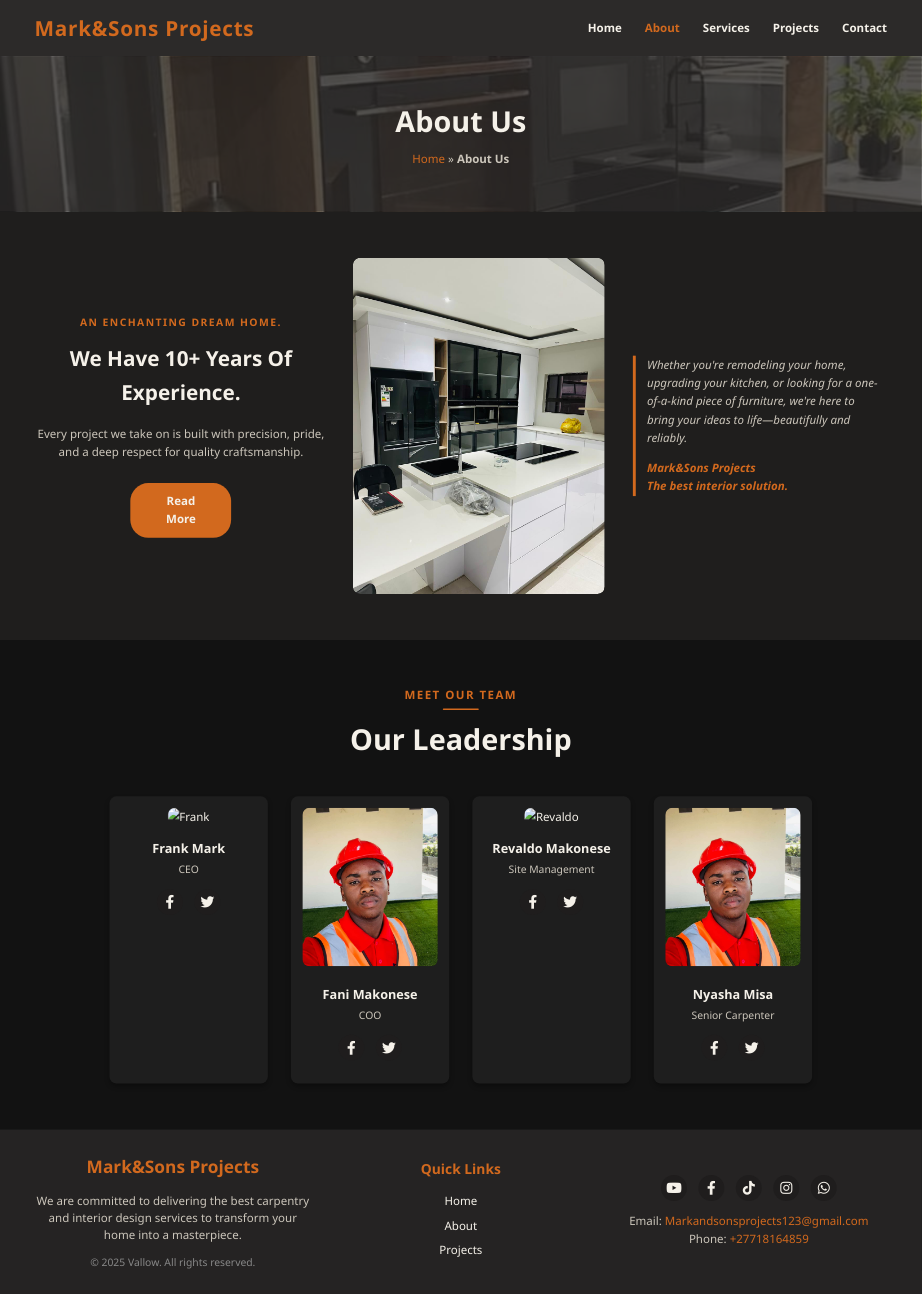
Repository: VallowEvido/Mark-SonsProjects
Page: about.html
The author's editor kept a copy of each file at every save. The page is drawn from the files as they stood at one save, then again after the next save.
The browser window is 1280 px wide. The pictures show the whole page, at 72% of full size.

Above is the page before, as saved 2025-07-24 15:57:57.

### about.html
<!DOCTYPE html>
<html lang="en">
<head>
  <meta charset="UTF-8" />
  <meta name="viewport" content="width=device-width, initial-scale=1" />
  <title>About Us - Carpentry</title>
  <link rel="stylesheet" href="styles.css" />
  <link rel="stylesheet" href="https://cdnjs.cloudflare.com/ajax/libs/font-awesome/6.4.0/css/all.min.css" />
  <style>
    /* Slider styles */
    .slider {
      position: relative;
      width: 100%;
      max-width: 350px;
      overflow: hidden;
      border-radius: 10px;
    }
    .slides {
      display: flex;
      transition: transform 0.5s ease-in-out;
      touch-action: pan-y;
    }
    .slides img {
      width: 100%;
      flex-shrink: 0;
      border-radius: 10px;
      user-select: none;
      pointer-events: none;
    }
  </style>
</head>
<body>
  <nav>
    <div class="logo">Mark&Sons Projects</div>
    <ul>
      <li><a href="home.html">Home</a></li>
      <li><a href="#" class="active">About</a></li>
      <li><a href="services.html">Services</a></li>
      <li><a href="projects.html">Projects</a></li>
      <li><a href="contact.html">Contact</a></li>
    </ul>
  </nav>

  <section class="about-hero">
    <div class="about-hero-content">
      <h1>About Us</h1>
      <p><a href="home.html">Home</a> &raquo; <strong>About Us</strong></p>
    </div>
  </section>

  <section class="about-main">
    <div class="about-text">
      <h5>AN ENCHANTING DREAM HOME.</h5>
      <h2>We Have 10+ Years Of Experience.</h2>
      <p> Every project we take on is built with precision, pride, and a deep respect for quality craftsmanship.</p>
      <a href="#" class="btn btn-pink">Read More</a>
    </div>
    <div class="about-image">
      <div class="slider" id="imageSlider">
        <div class="slides">
          <img src="images/kitchen/IMG-20241116-WA0015.jpg" alt="About Us Image 1" />
          <img src="images/kitchen/IMG-20241116-WA0012.jpg" alt="About Us Image 2" />
          <img src="images/tvstand/IMG-20250702-WA0001.jpg" alt="About Us Image 3" />
          <img src="images/wardrobe/wed2.jpg" alt="About Us Image 4" />
        </div>
      </div>
    </div>
    <div class="about-quote">
      <blockquote>
        <p><em>Whether you're remodeling your home, upgrading your kitchen, or looking for a one-of-a-kind piece of furniture, we're here to bring your ideas to life—beautifully and reliably.</em></p>
        <footer><strong>Mark&Sons Projects</strong><br /><em>The best interior solution.</em></footer>
      </blockquote>
    </div>
  </section>

  <section class="leadership-section">
    <div class="container">
      <p class="section-subtitle">MEET OUR TEAM</p>
      <h2 class="section-title">Our Leadership</h2>
      <div class="leadership-cards">
        <div class="leadership-card">
          <img src="" alt="Frank" />
          <h3>Frank Mark</h3>
          <p>CEO</p>
          <div class="social-icons">
            <a href="#" class="facebook"><i class="fab fa-facebook-f"></i></a>
            <a href="#" class="twitter"><i class="fab fa-twitter"></i></a>
          </div>
        </div>
        <div class="leadership-card">
          <img src="teammembers/fan.jpg" alt="Fani" />
          <h3>Fani Makonese</h3>
          <p>COO</p>
          <div class="social-icons">
            <a href="#" class="facebook"><i class="fab fa-facebook-f"></i></a>
            <a href="#" class="twitter"><i class="fab fa-twitter"></i></a>
          </div>
        </div>
        <div class="leadership-card">
          <img src="" alt="Revaldo" />
          <h3>Revaldo Makonese</h3>
          <p>Site Management</p>
          <div class="social-icons">
            <a href="#" class="facebook"><i class="fab fa-facebook-f"></i></a>
            <a href="#" class="twitter"><i class="fab fa-twitter"></i></a>
          </div>
        </div>
        <div class="leadership-card">
          <img src="teammembers/fan.jpg" alt="Misa" />
          <h3>Nyasha Misa</h3>
          <p>Senior Carpenter</p>
          <div class="social-icons">
            <a href="#" class="facebook"><i class="fab fa-facebook-f"></i></a>
            <a href="#" class="twitter"><i class="fab fa-twitter"></i></a>
          </div>
        </div>
      </div>
    </div>
</section>

  <footer class="site-footer">
    <div class="footer-container">
      <div class="footer-left">
        <h3>Mark&Sons Projects</h3>
        <p>We are committed to delivering the best carpentry and interior design services to transform your home into a masterpiece.</p>
        <p class="rights">© 2025 Vallow. All rights reserved.</p>
      </div>
      <div class="footer-center">
        <h4>Quick Links</h4>
        <ul class="footer-links">
          <li><a href="home.html">Home</a></li>
          <li><a href="about.html">About</a></li>
          <li><a href="projects.html">Projects</a></li>
        </ul>
      </div>
      <div class="footer-right">
        <div class="social-icons">
          <a href="https://www.youtube.com/channel/UC0Jy5UPg4950wgbBKARIvhw" aria-label="YouTube" class="youtube"><i class="fab fa-youtube"></i></a>
          <a href="https://www.facebook.com/profile.php?id=100084561974287&mibextid=ZbWKwL" aria-label="Facebook" class="facebook"><i class="fab fa-facebook-f"></i></a>
          <a href="https://www.tiktok.com/@markandsonsprojects0?_t=ZM-8yCgqudHXz6&_r=1" aria-label="TikTok" class="tiktok"><i class="fab fa-tiktok"></i></a>
          <a href="https://www.instagram.com/markandsons_project?igsh=MTQ0OW8zc29tbWN3eA==" aria-label="Instagram" class="instagram"><i class="fab fa-instagram"></i></a>
          <a href="https://wa.me/27718164859" aria-label="WhatsApp" class="whatsapp"><i class="fab fa-whatsapp"></i></a>
        </div>
        <div class="contact-details">
          <p>Email: <a href="mailto:Markandsonsprojects123@gmail.com">Markandsonsprojects123@gmail.com</a></p>
          <p>Phone: <a href="tel:+27718164859">+27718164859</a></p>
        </div>
      </div>
    </div>
  </footer>

  <script>
    (function() {
      const slider = document.getElementById('imageSlider');
      const slides = slider.querySelector('.slides');
      const images = slides.querySelectorAll('img');
      const totalImages = images.length;
      let currentIndex = 0;
      let startX = 0;
      let isDragging = false;
      let animationFrameId;
      let autoSlideInterval;

      function goToSlide(index) {
        if (index < 0) index = totalImages - 1;
        if (index >= totalImages) index = 0;
        currentIndex = index;
        slides.style.transform = `translateX(-${index * 100}%)`;
      }

      function nextSlide() {
        goToSlide(currentIndex + 1);
      }

      function startAutoSlide() {
        autoSlideInterval = setInterval(nextSlide, 3000);
      }

      function stopAutoSlide() {
        clearInterval(autoSlideInterval);
      }

      // Touch events for swipe support
      slides.addEventListener('touchstart', (e) => {
        stopAutoSlide();
        startX = e.touches[0].clientX;
        isDragging = true;
      });

      slides.addEventListener('touchmove', (e) => {
        if (!isDragging) return;
        const currentX = e.touches[0].clientX;
        const diffX = currentX - startX;
        slides.style.transform = `translateX(calc(-${currentIndex * 100}% + ${diffX}px))`;
      });

      slides.addEventListener('touchend', (e) => {
        if (!isDragging) return;
        isDragging = false;
        const endX = e.changedTouches[0].clientX;
        const diffX = endX - startX;
        if (diffX > 50) {
          goToSlide(currentIndex - 1);
        } else if (diffX < -50) {
          goToSlide(currentIndex + 1);
        } else {
          goToSlide(currentIndex);
        }
        startAutoSlide();
      });

      // Pause on hover
      slider.addEventListener('mouseenter', stopAutoSlide);
      slider.addEventListener('mouseleave', startAutoSlide);

      // Initialize
      goToSlide(0);
      startAutoSlide();
    })();
  </script>
</body>
</html>

Loaded but not shown: styles.css (1719 lines, source omitted)

After the next save:
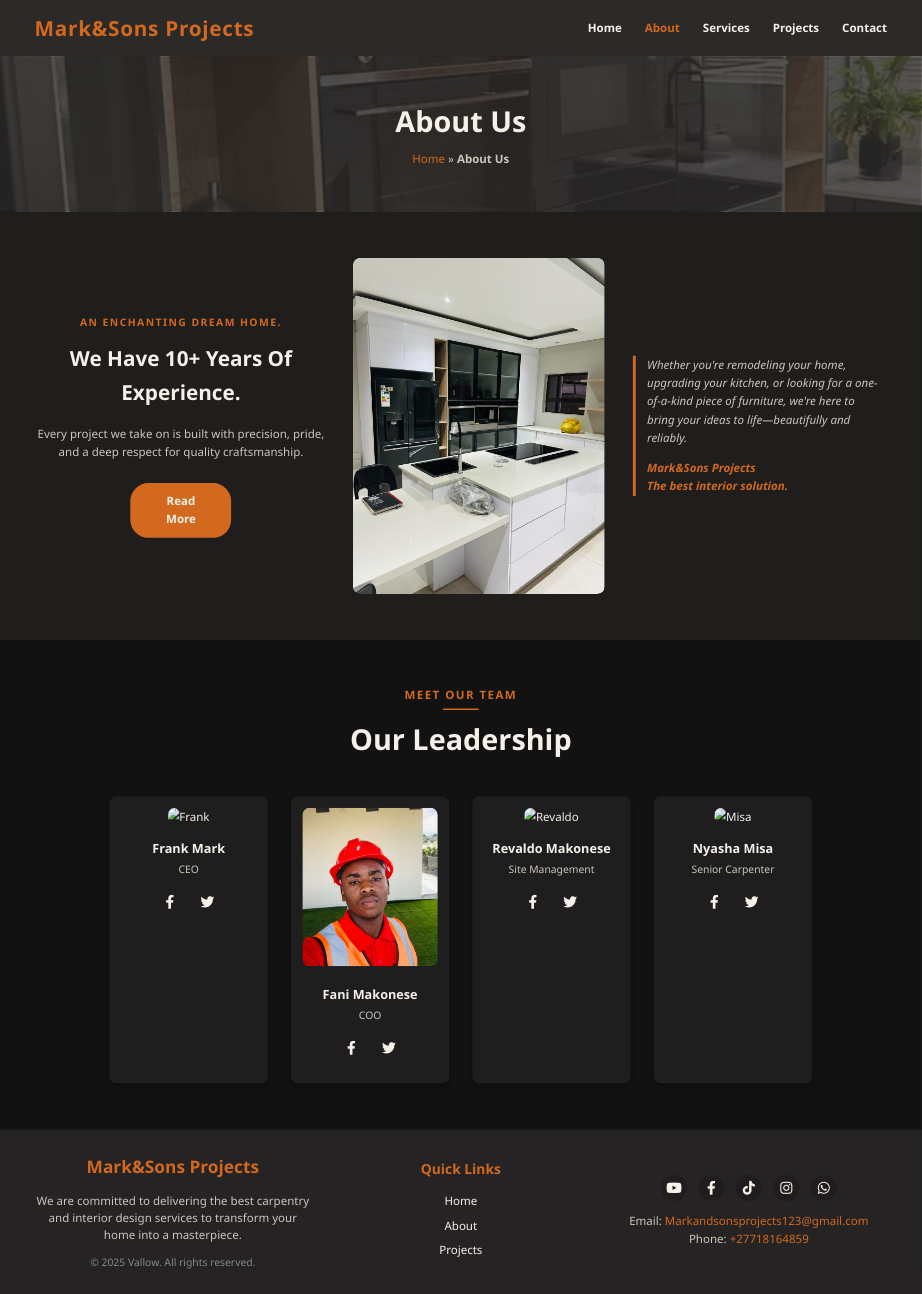
Saved 21 s later.
--- a/about.html
+++ b/about.html
@@ -106,7 +106,7 @@
           </div>
         </div>
         <div class="leadership-card">
-          <img src="teammembers/fan.jpg" alt="Misa" />
+          <img src="" alt="Misa" />
           <h3>Nyasha Misa</h3>
           <p>Senior Carpenter</p>
           <div class="social-icons">
